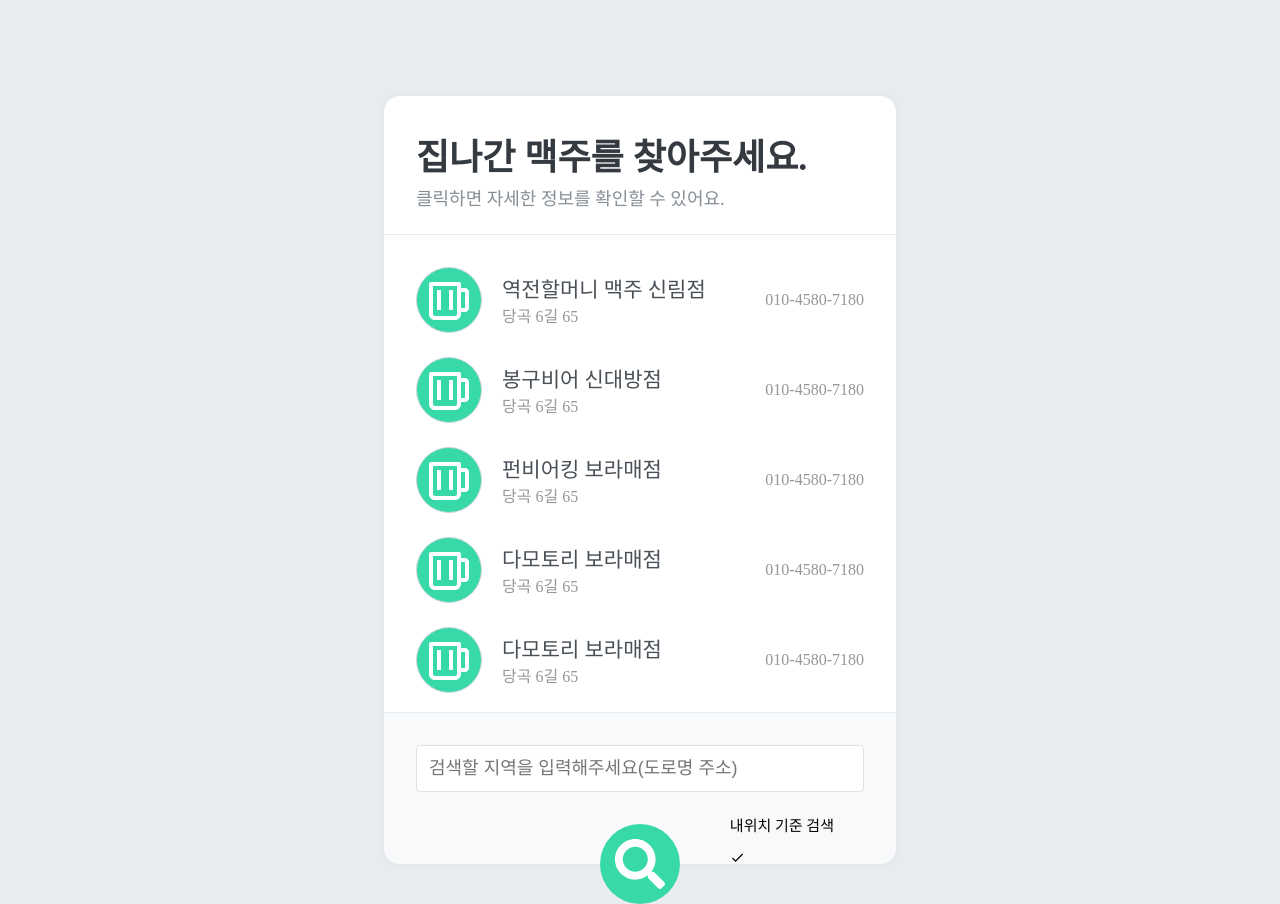
Repository: THE-SOPT-WEB/kimNamjun
Page: / (app in week4/bring-my-beer/)
The author's editor kept a copy of each file at every save. The page is drawn from the files as they stood at one save, then again after a run of saves.
The browser window is 1280 px wide. The pictures show the whole page.
An inner scrolling area shows only its first screen. The project was rebuilt for these pictures with package versions that can differ from the ones it lists, and the page was loaded fresh each time.

Above is the page before, as saved 2022-05-13 02:13:11.

After the next 2 saves:
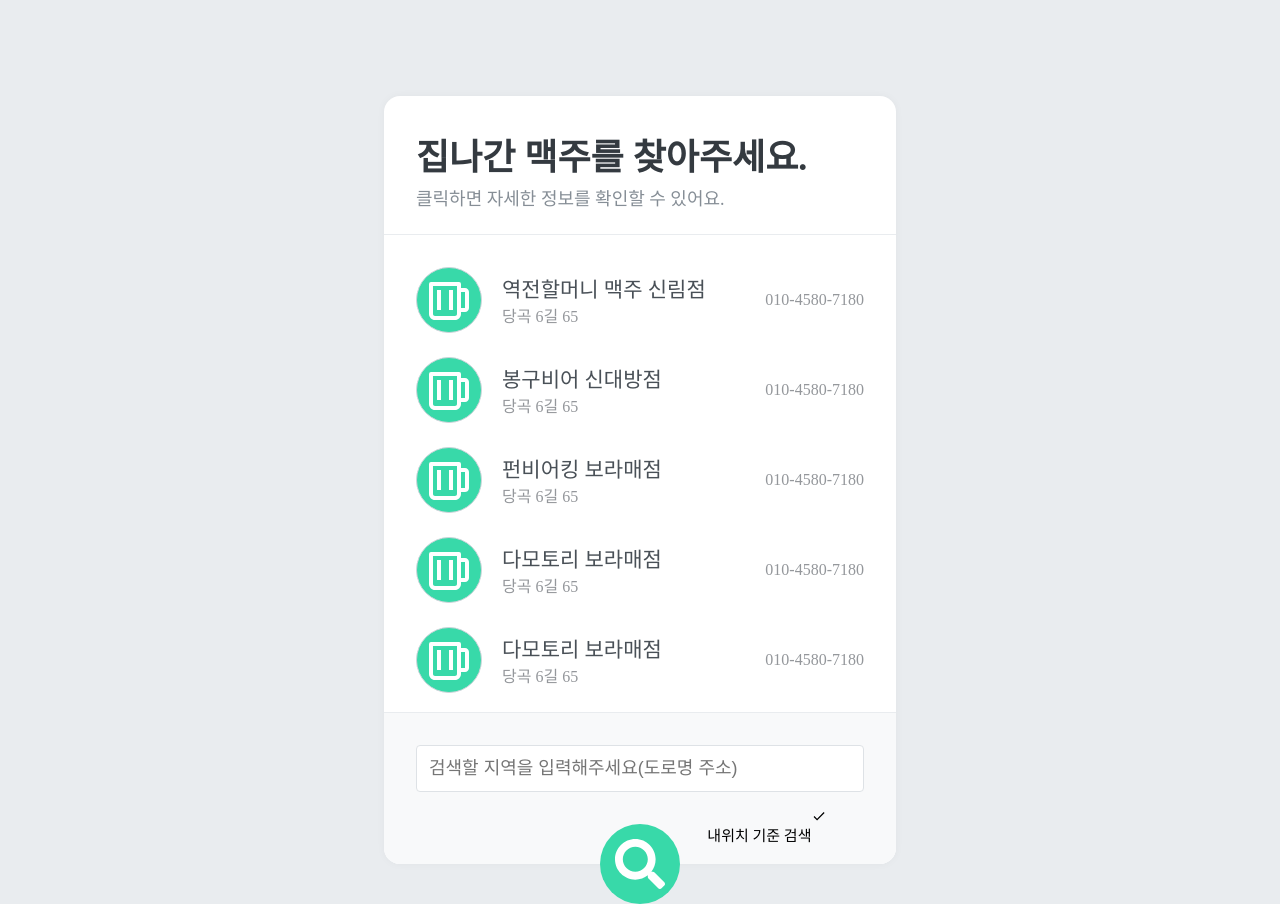
The 2 saves are shown as one change because they came seconds apart.
The last was saved 9 s later.
--- a/week4/bring-my-beer/src/components/Search.jsx
+++ b/week4/bring-my-beer/src/components/Search.jsx
@@ -68,7 +68,7 @@ const CheckBox = styled.div`
   border-radius: 50%;
   border: none;
   outline: none;
-  align-items: center;
+  display: flex;
   justify-content: center;
   transition: 0.125s all ease-in;
 
